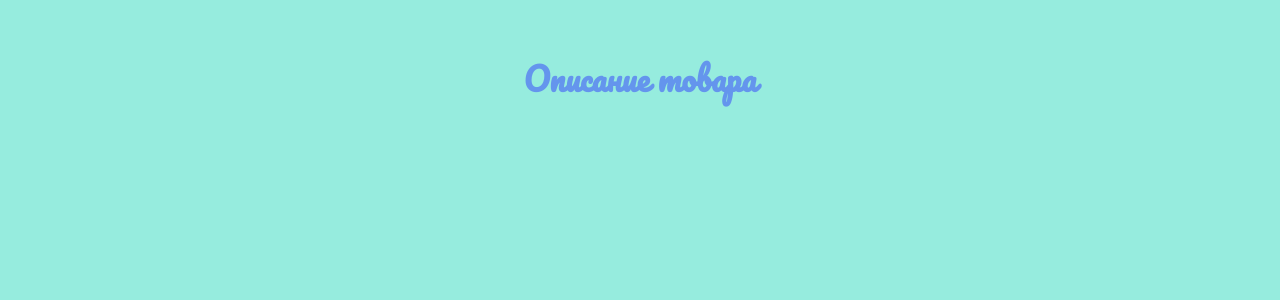
Repository: annamsklv/web
Page: seminar2_26.01/product page.html
These files come from the project's save history. The page is drawn as it stood at one moment and after the next save; the edit follows.
The browser window is 1280 px wide. The pictures show the whole page.

Above is the page before, as saved 2023-02-01 19:01:14.

### seminar2_26.01/product page.html
<!DOCTYPE html>
<html lang="en">
<head>
    <meta charset="UTF-8">
    <meta http-equiv="X-UA-Compatible" content="IE-edge">
    <meta name="viewport" content="width=device-width, initial-scale=1.0">
    <title>Продукт</title>
    <link rel="preconnect" href="https://fonts.googleapis.com">
<link rel="preconnect" href="https://fonts.gstatic.com" crossorigin>
<link href="https://fonts.googleapis.com/css2?family=Pacifico&display=swap" rel="stylesheet">
    <link rel="stylesheet" href="product style.css">

</head>


<body>

    <div class="header"></div>
    <h1 class="title">Описание товара</h1>

<div class="footer">


</div>

</body>
</html>

### seminar2_26.01/product style.css
* {
    margin: 0;
    padding: 0;
}

body{
    background-color: rgb(150, 236, 222);
}

.title{
    text-align: center;
    margin-top: 50px;
    font-family: 'Pacifico', cursive;
    color: cornflowerblue;
}

After the next save:
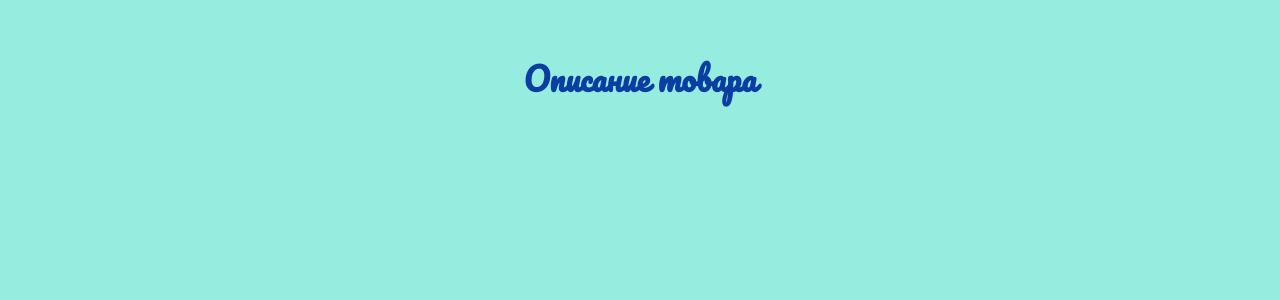
Saved 20 s later.
--- a/seminar2_26.01/product style.css
+++ b/seminar2_26.01/product style.css
@@ -11,5 +11,5 @@
     text-align: center;
     margin-top: 50px;
     font-family: 'Pacifico', cursive;
-    color: cornflowerblue;
+    color: rgb(10, 63, 161);
 }
